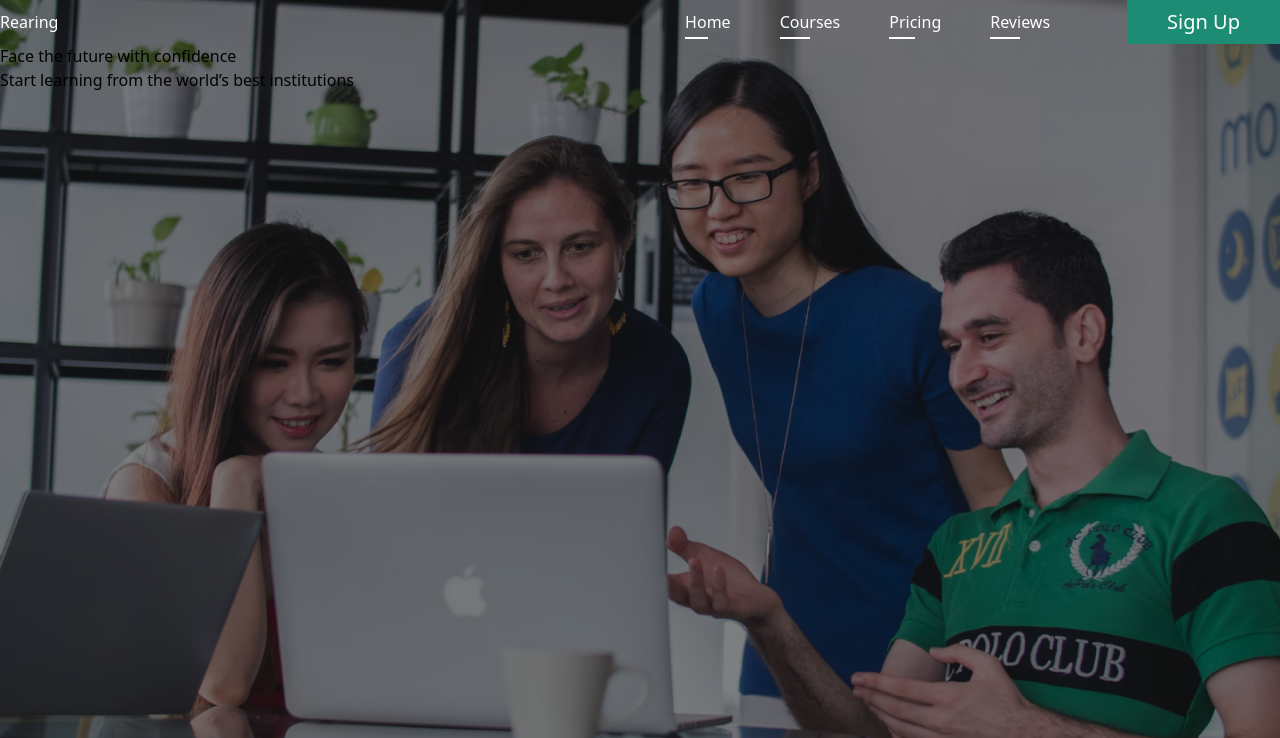
Repository: vandangnhathung/educationplatform
Page: /
The author's editor kept a copy of each file at every save. The page is drawn from the files as they stood at one save, then again after the next save.
The browser window is 1280 px wide. The pictures show the whole page.
The project was rebuilt for these pictures with package versions that can differ from the ones it lists, and the page was loaded fresh each time.

Above is the page before, as saved 2022-06-20 14:57:36.

After the next save:
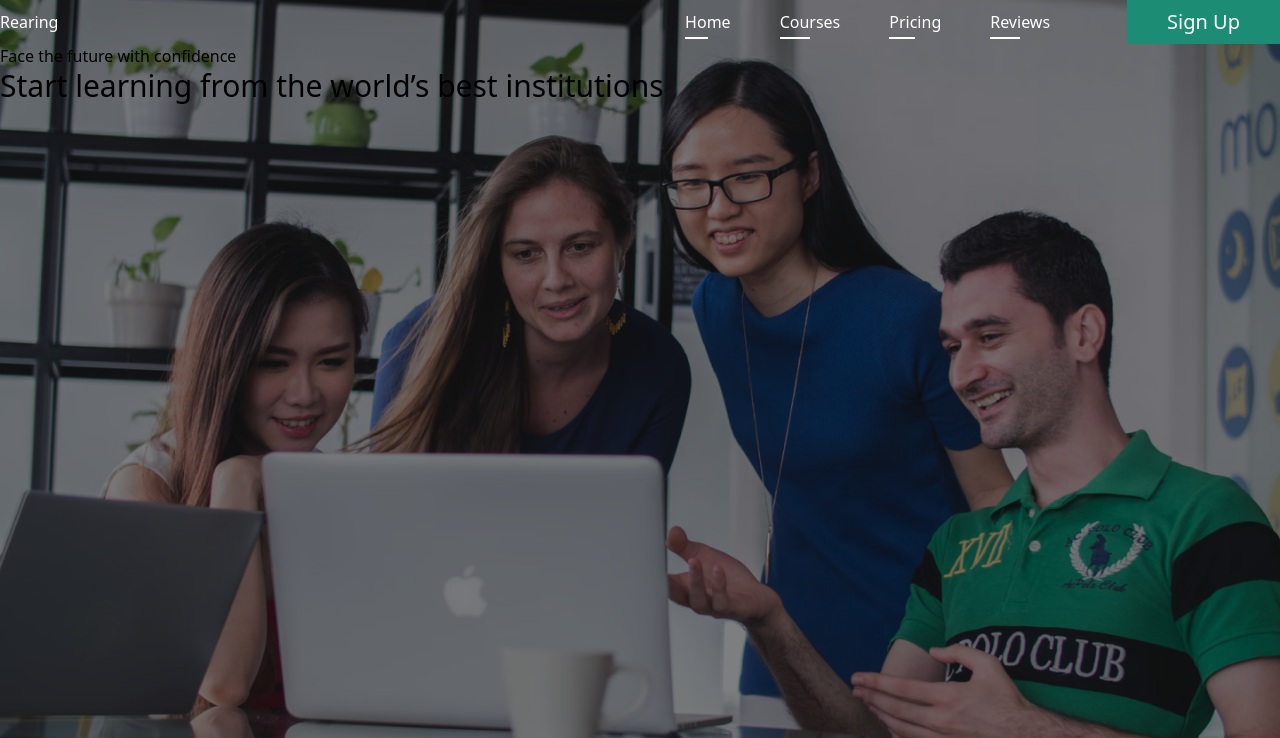
Saved 31 s later.
--- a/src/components/Header.js
+++ b/src/components/Header.js
@@ -44,9 +44,9 @@ const Header = () => {
               </div>
             </div>
 
-            <div className="slogan">
+            <div className="slogan text-base">
               <h3>Face the future with confidence</h3>
-              <h1 className="desc">
+              <h1 className="desc text-3xl">
                 Start learning from the world’s best institutions
               </h1>
             </div>
